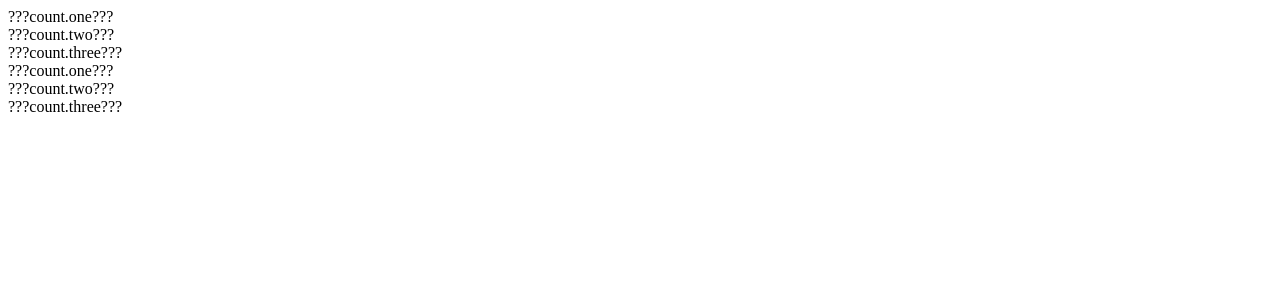
Repository: nguyenmanhtruongdat/javaServletFinalEx
Page: http://localhost/test/test.jsp
An editor plug-in stored every save of this project. The page is shown before and after a run of saves, followed by the edit.
The browser window is 1280 px wide. The pictures show the whole page.
The page is served by Tomcat 9.

Above is the page before, as saved 2022-07-07 00:45:56.

After the next 6 saves:
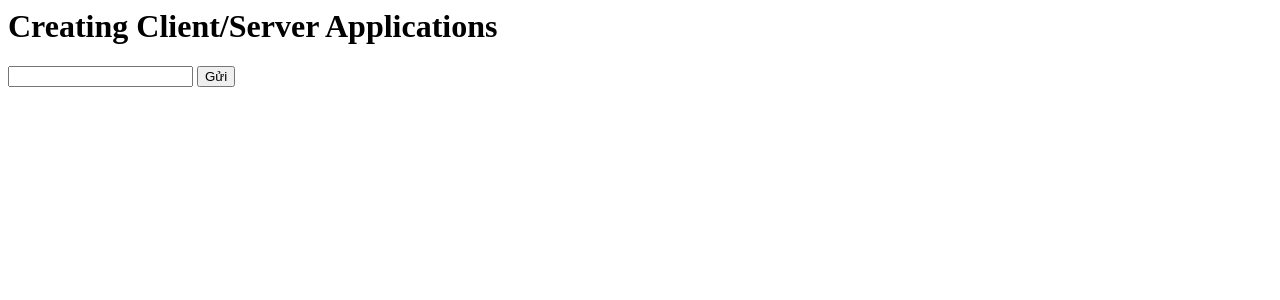
The 6 saves are shown as one change because 2 did not build or start and some came seconds apart.
The last was saved 2 min 43 s later.
--- a/vku/ktx/test/src/main/webapp/test.jsp
+++ b/vku/ktx/test/src/main/webapp/test.jsp
@@ -1,25 +1,19 @@
-<%@ page language="java" contentType="text/html; charset=ISO-8859-1"
-    pageEncoding="ISO-8859-1"%>
-    <%@ taglib uri = "http://java.sun.com/jsp/jstl/fmt" prefix = "fmt" %>
-    <html>
-   <head>
-      <title>JSTL fmt:setLocale Tag</title>
-   </head>
+<%@ page language="java" contentType="text/html; charset=UTF-8"
+	pageEncoding="UTF-8"%>
+<meta http-equiv="Content-Type" content="text/html; charset=UTF-8">
+<HTML>
+<HEAD>
+<TITLE>Creating Client/Server Applications</TITLE>
+</HEAD>
 
-   <body>
-      <fmt:bundle basename = "truongdat.resources">
-         <fmt:message key = "count.one"/><br/>
-         <fmt:message key = "count.two"/><br/>
-         <fmt:message key = "count.three"/><br/>
-      </fmt:bundle>
+<BODY>
+	<H1>Creating Client/Server Applications</H1>
+	<form action="./client">
+		<input type="text" name="message">
+		<button type="submit" class="btn btn-success">Gửi</button>
+	</form>
+	<script>
 
-      <!-- Change the Locale -->
-      <fmt:setLocale value = "es_ES"/>
-      <fmt:bundle basename = "com.tutorialspoint.Example">
-         <fmt:message key = "count.one"/><br/>
-         <fmt:message key = "count.two"/><br/>
-         <fmt:message key = "count.three"/><br/>
-      </fmt:bundle>
-
-   </body>
-</html>
+</script>
+</BODY>
+</HTML>
